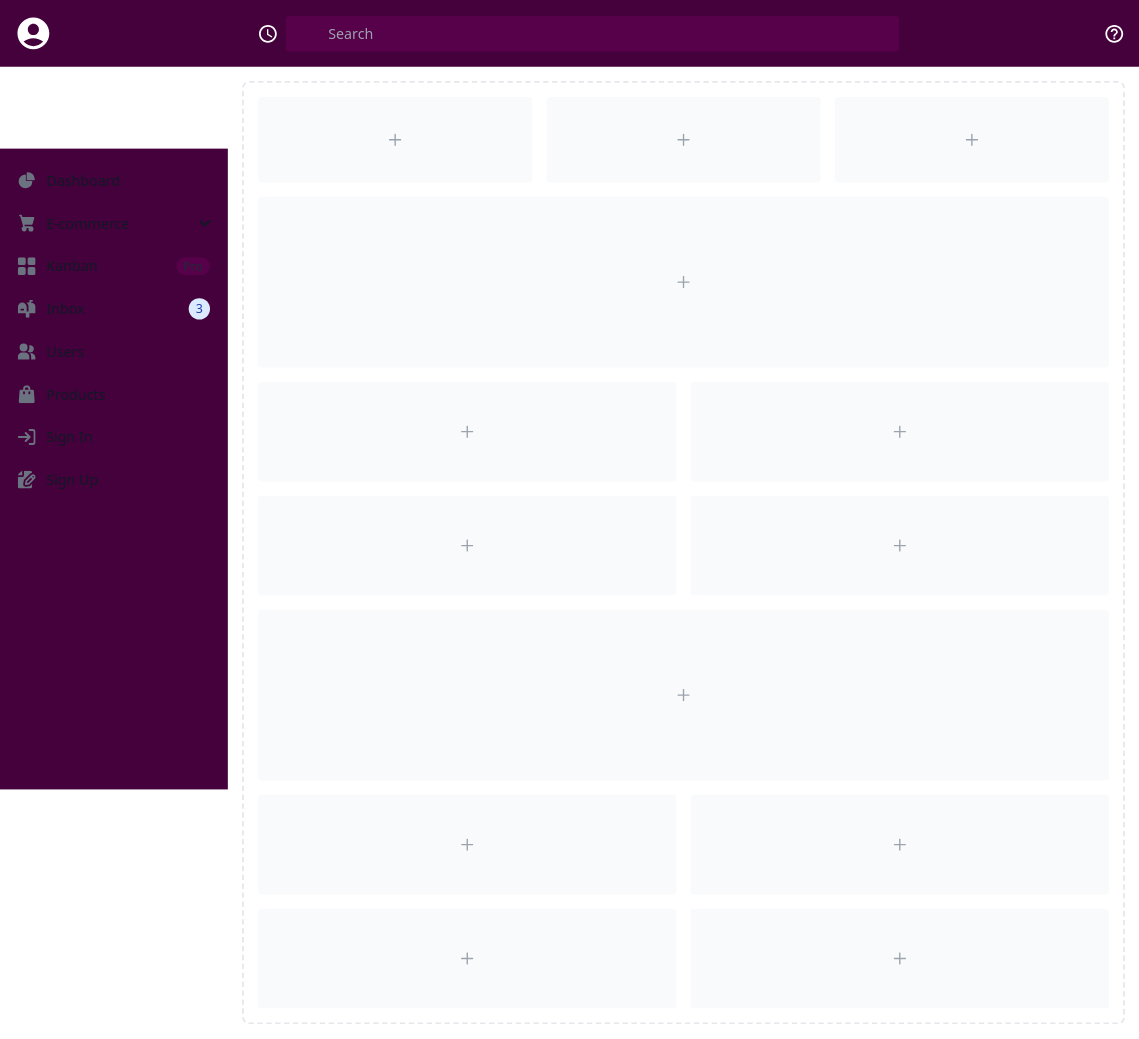
Repository: Shamraiz761/Slack_clone
Page: /
These files come from the project's save history. The page is drawn as it stood at one moment and after the next save; the edit follows.
The browser window is 1280 px wide. The pictures show the whole page, at 89% of full size.
The project was rebuilt for these pictures with package versions that can differ from the ones it lists, and the page was loaded fresh each time. Also part of the build but not shown: vite.config.js.

Above is the page before, as saved 2024-01-14 18:54:51.

After the next save:
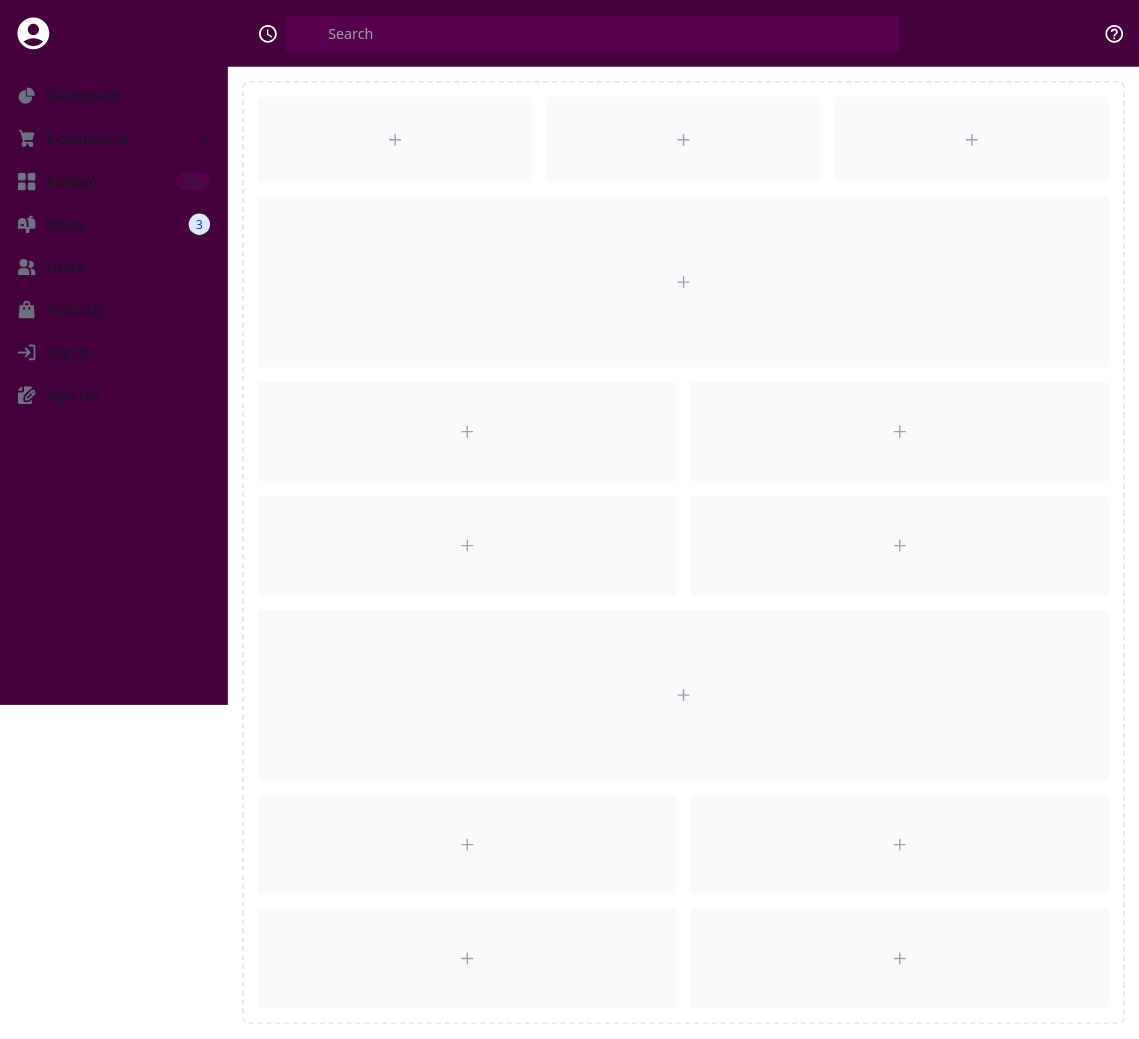
Saved 14 s later.
--- a/src/components/sidebar/Sidebar.jsx
+++ b/src/components/sidebar/Sidebar.jsx
@@ -28,7 +28,7 @@ function Sidebar() {
 
       <aside
         id="sidebar-multi-level-sidebar"
-        className="absolute top-full left-0 mt-[-1000px] w-64 h-screen transition-transform -translate-x-full sm:translate-x-0"
+        className="absolute top-full left-0 mt-[-1095px] w-64 h-screen transition-transform -translate-x-full sm:translate-x-0"
         aria-label="Sidebar"
       >
         <div className="h-full px-3 py-4 overflow-y-auto bg-[#45013b] ">
